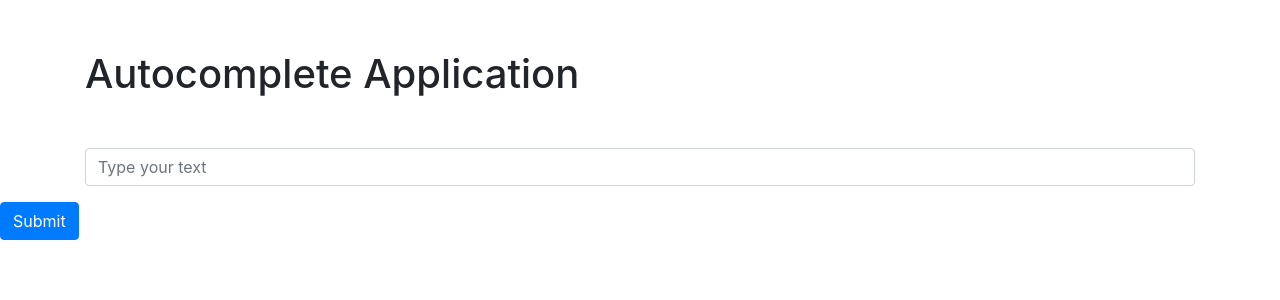
Repository: purnimapatel/auto_complete_using_trie
Page: index.html
An editor plug-in stored every save of this project. The page is shown before and after the next save, followed by the edit.
The browser window is 1280 px wide. The pictures show the whole page.

Above is the page before, as saved 2025-03-29 12:57:07.

### index.html
<!DOCTYPE html>
<html lang="en">

<head>
    <meta charset="UTF-8">
    <meta name="viewport" content="width=device-width, initial-scale=1.0">
    <link href="./index.css" rel="stylesheet">
    <link rel="stylesheet" href="https://stackpath.bootstrapcdn.com/bootstrap/4.5.0/css/bootstrap.min.css"
        integrity="sha384-9aIt2nRpC12Uk9gS9baDl411NQApFmC26EwAOH8WgZl5MYYxFfc+NcPb1dKGj7Sk" crossorigin="anonymous">
    <title>Autocomplete Application</title>
</head>

<body>
    <header>
        <div class="container">
            <h1 class="top">Autocomplete Application</h1>
        </div>
    </header>

    <main>

        <div class="container top">
            <div class="input-group mb-3">
                <input type="text" class="form-control" placeholder="Type your text" id="text-box">
            </div>
            <ul id="list" class="list-group">
            </ul>

        </div>
        <span><button class="btn btn-primary" onclick="handleClick()">Submit</button></span>
    </main>

    <script src="./js/trie.js"></script>
    <script src="./js/data.js"></script>
    <script src="./js/index.js"></script>

</body>

</html>

### index.css
.top{
    margin-top: 50px;
}

.clickable{
    cursor: pointer;
}

### js/trie.js
function makeNode(ch) {
    this.ch = ch;
    this.isTerminal = false;
    this.map = {};
    this.words = [];
}

function add(str, i, root) {

    if (i === str.length) {
        root.isTerminal = true;
        return;
    }

    if (!root.map[str[i]])
        root.map[str[i]] = new makeNode(str[i]);

    root.words.push(str);
    add(str, i + 1, root.map[str[i]]);
}

function search(string, i, root){
    if(string.length === 0){
        return[];
    }
    if(i === string.length){
        return root.words;
    }
    if(!root.map[string[i]]){
        return[];
    }
    return search(string, i+1, root.map[string[i]]);

}

### js/data.js
const items = [
    "how to learn dsa",
    "Hello World",
    "apple",
    "app",
    "Avishkaar",
    "How to install Anaconda",
    "How to create youtube shorts",
    "Happy Coding",
    "What is Dark Web",
    "Learn DSA with Pepcoding",
    "Nados Info",
    "Learn with NADOS",
    "Mango",
    "Application",
    "What is WWW.",
    "Inner engineering",
    "World Wide Web",
    "Random Access Memory",
    "Roadways info",
    "Placement",
    "how to prepare for product based companies",
    "what is fullform of",
    "what is fullform of ISRO",
    "what is the Barmuda triangle",
    "'Be positive' essay",
    "Uses of Sulphur",
    "Today's Tagline",
    "Dart",
    "Dart Programming",
    "Don 2",
    "DareToCompete",
    "Do's and dont's",
    "The Sun",
    "The Universe",
    "The University",
    "Divide and Rule",
    "Check your Brain age",
    "Concept of Relativity",
    "Concept of Physics",
    "Clear your doubt",
    "Cat",
    "cat",
    "divide and rule",
    "dart",
    "python",
    "c programming",
    "c++ programming concept",
    "Java",
    "java",
    "google",
    "good morning quotes",
    "good quotes",
    "second world war",
    "Good morning",
    "vander waal force",
    "mango",
    "Mango",
    "Most important topics",
    "most important topics for board",
    "Most important topics",
    "flutter",
    "flutter",
    "Go",
    "Golang",
    "go programming language",
    "xylem and phloyem",
    "zoo",
    "wildlife",
    "as well as",
    "Amazing concept",
    "amazing concept",
    "Largest",
    "Low intensity",
    "low intensity",
    "trie",
    "timeline",
    "k-mean clustering",
    "knowledge",
    "knowledge is your power",
    "Know yourself",
    "Examples of",
    "starting of life on the earth",
    "book your show",
    "cookies",
    "domain",
    "element",
    "fear of",
    "gear up",
    "honest talk",
    "is it clear",
    "jk",
    "know your potential",
    "lemon",
    "mongo",
    "note that",
    "operation",
    "pick the correct option",
    "quick",
    "rare element on the earth",
    "seven color of",
    "test your knowledge",
    "use of",
    "vacobulary in",
    "well explained",
    "xyz",
    "yes, start",
    "zone of",
    "Book the ticket",
    "Conceptual understanding",
    "Data analysis",
    "Engagement incremental",
    "Fog and mist",
    "Gear up your progress",
    "How to start coding",
    "Is it right",
    "Jest",
    "K is symbol of",
    "Lotus tample",
    "Magnify",
    "No SQL",
    "Okay means",
    "P-block element",
    "Quartz",
    "Rest state",
    "Seven colour of ",
    "There are how many type of",
    "Uses of",
    "V s l",
    "Wax ",
    "X R",
    "Year ",
    "Zone",
];

### js/index.js

const root = new makeNode('\0');
for (const item of items)
    add(item, 0, root);

const text_box = document.getElementById("text-box");
const list = document.getElementById("list");

function handler(e) {
    const str = e.target.value;
    predictions = search(str, 0, root);

    console.log(predictions);
    list.innerHTML = ""
    for (const prediction of predictions)
        list.innerHTML += `<li class="list-group-item clickable" onclick="handleClick(this)"><b>${str}</b>${prediction.substring(str.length)}</li>`;

}


function handleClick(e) {
    text_box.value = e.innerText;
}

handler({ target: { value: "" } });

if(text_box)
text_box.addEventListener("keyup", handler);

After the next save:
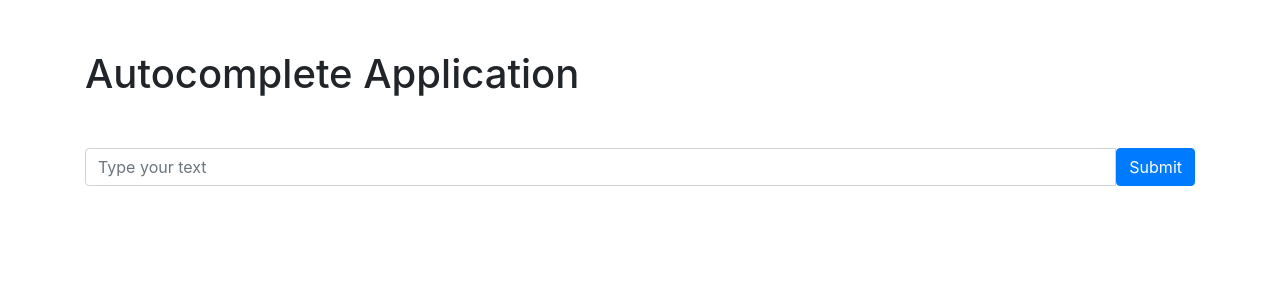
Saved 36 s later.
--- a/index.html
+++ b/index.html
@@ -22,12 +22,13 @@
         <div class="container top">
             <div class="input-group mb-3">
                 <input type="text" class="form-control" placeholder="Type your text" id="text-box">
+                <span><button class="btn btn-primary" onclick="handleClick()">Submit</button></span>
             </div>
             <ul id="list" class="list-group">
             </ul>
 
         </div>
-        <span><button class="btn btn-primary" onclick="handleClick()">Submit</button></span>
+
     </main>
 
     <script src="./js/trie.js"></script>
